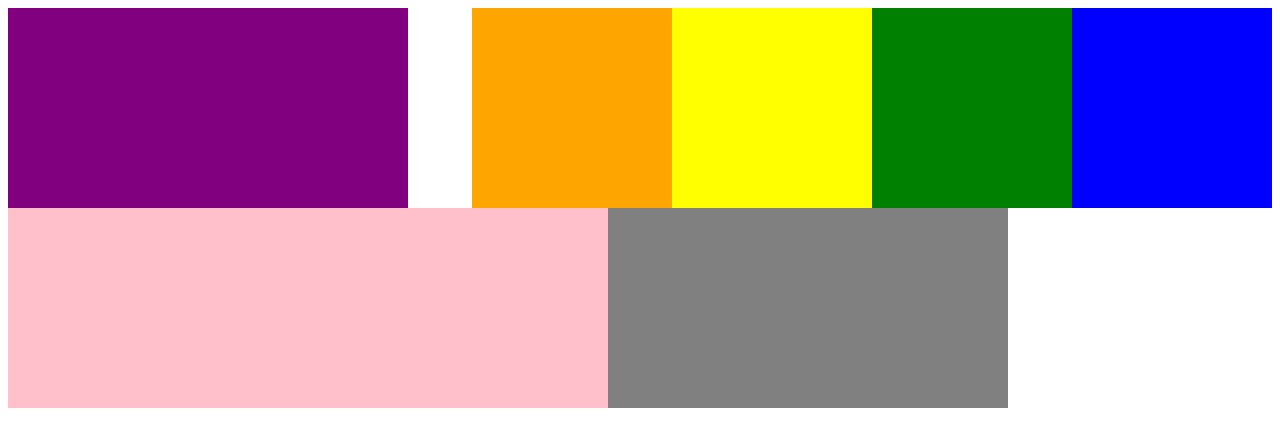
Repository: zmfhd1/Web
Page: boardtest/WebContent/float.html
An editor plug-in stored every save of this project. The page is shown before and after the next save, followed by the edit.
The browser window is 1280 px wide. The pictures show the whole page.

Above is the page before, as saved 2021-08-23 01:58:52.

### boardtest/WebContent/float.html
<!DOCTYPE html>
<html>
<head>
  <meta charset="UTF-8">
  <style>

.col {
  height: 200px;
}

.sample1 {
  width: 200px;
}

.sample2 {
  width: 400px;
}

.sample3 {
  width: 600px;
}


#div1 {
  /* float: left; */
  float : right;
}

#div2{
  /* float: left; */
  float : right;
}

#div3{
  /* float: left; */
  float : right;
}
#div4{
  /* float: left; */
  float : right;
}

#div5{
  float: left;
  /* float : right; */
}

#div6{
  float: left;
}

#div7{
  float: left;
}

  </style>
</head>
  <body>
    <div id="div1" class="col sample1" style="background-color: blue;"></div>
    <div id="div2" class="col sample1" style="background-color: green;"></div>
    <div id="div3" class="col sample1" style="background-color: yellow;"></div>
    <div id="div4" class="col sample1" style="background-color: orange;"></div>
    <div id="div5" class="col sample2" style="background-color: purple;"></div>
    <div id="div6" class="col sample3" style="background-color: pink;"></div>
    <div id="div7" class="col sample2" style="background-color: grey;"></div>
  </body>
</html>

After the next save:
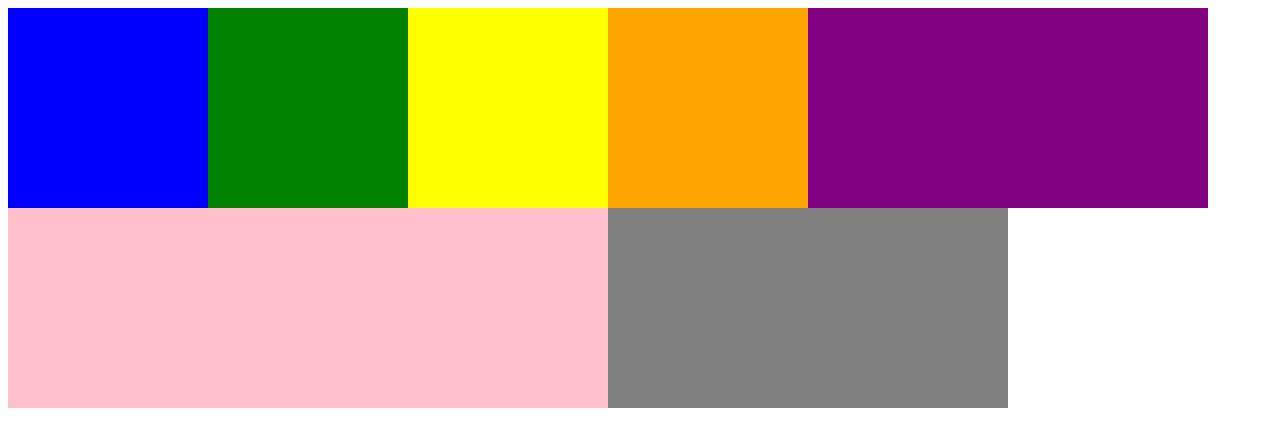
Saved 15 s later.
--- a/boardtest/WebContent/float.html
+++ b/boardtest/WebContent/float.html
@@ -22,27 +22,22 @@
 
 
 #div1 {
-  /* float: left; */
-  float : right;
+  float: left;
 }
 
 #div2{
-  /* float: left; */
-  float : right;
+  float: left;
 }
 
 #div3{
-  /* float: left; */
-  float : right;
+  float: left;
 }
 #div4{
-  /* float: left; */
-  float : right;
+  float: left;
 }
 
 #div5{
   float: left;
-  /* float : right; */
 }
 
 #div6{
